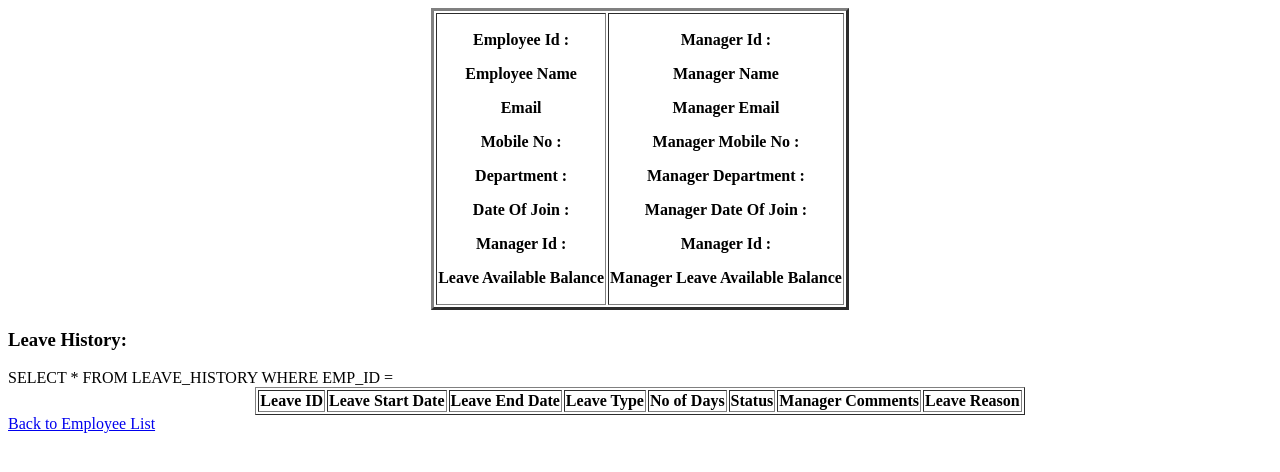
Repository: Guptaji153/Test002
Page: http://localhost/leaveSystem/DashBoard.jsp
The author's editor kept a copy of each file at every save. The page is drawn from the files as they stood at one save, then again after the next save.
The browser window is 1280 px wide. The pictures show the whole page.
The page is served by Tomcat 9. Queries for data that is not in the repository find no rows.

Above is the page before, as saved 2025-05-08 09:27:09.

After the next save:
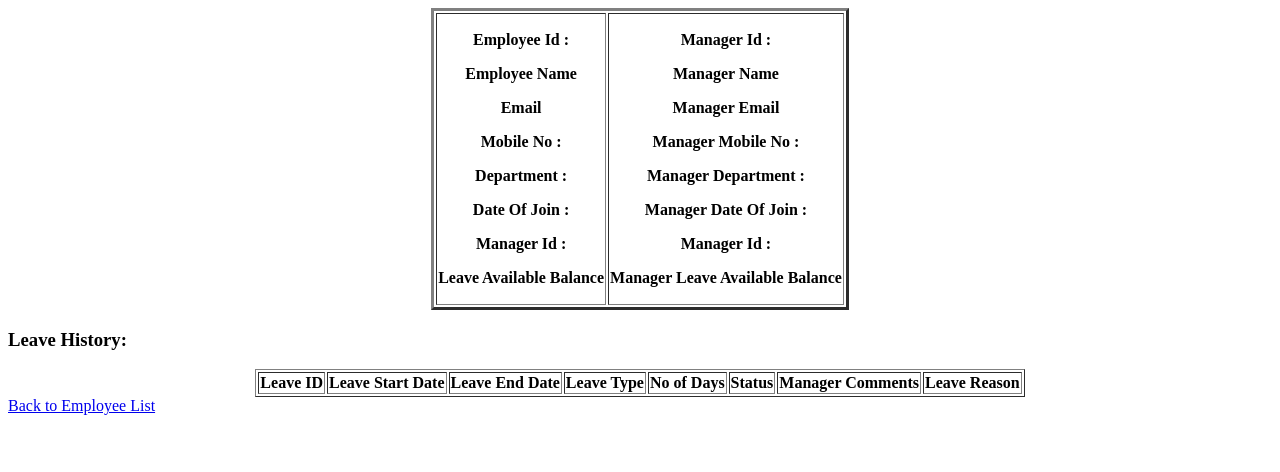
Saved 62 s later.
--- a/Day19/leaveSystem/src/main/webapp/DashBoard.jsp
+++ b/Day19/leaveSystem/src/main/webapp/DashBoard.jsp
@@ -50,7 +50,7 @@
 
 
     <sql:query var="leaveHistoryQuery" dataSource="${conn}">
-        SELECT * FROM LEAVE_HISTORY WHERE EMP_ID = ${param.empId}
+
     </sql:query>
 
 
